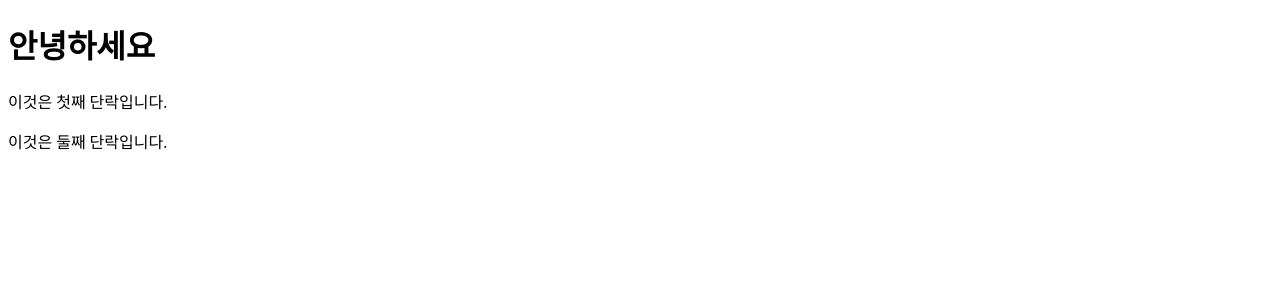
Repository: 5anniversary/JSPhw
Page: html1/WebContent/01/hello3.html
The author's editor kept a copy of each file at every save. The page is drawn from the files as they stood at one save, then again after the next save.
The browser window is 1280 px wide. The pictures show the whole page.

Above is the page before, as saved 2020-04-11 09:35:46.

### html1/WebContent/01/hello3.html
<!DOCTYPE html>
<html>
<head>
<meta http-equiv="Content-Type" content="text/html; charset=utf-8">
<title>hello</title>
</head>
<body>
	<h1>안녕하세요</h1>
	<p>이것은 첫째 단락입니다.</p>
	<p>이것은 둘째 단락입니다.</p>
</body>
</html>

After the next save:
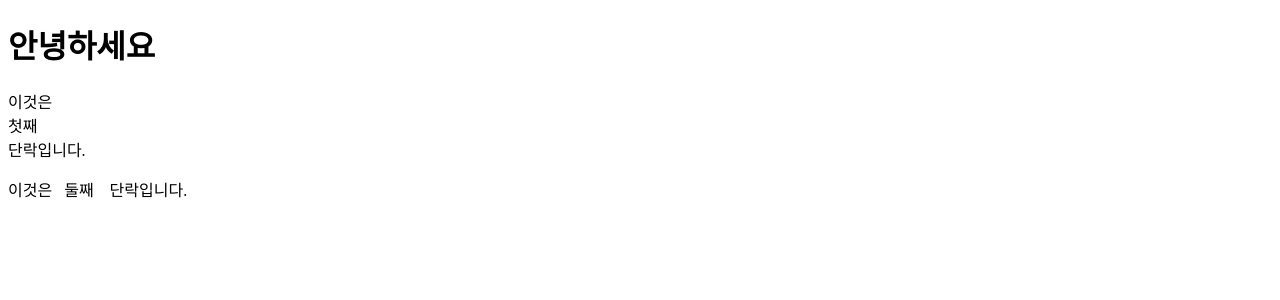
Saved 25 s later.
--- a/html1/WebContent/01/hello3.html
+++ b/html1/WebContent/01/hello3.html
@@ -6,7 +6,9 @@
 </head>
 <body>
 	<h1>안녕하세요</h1>
-	<p>이것은 첫째 단락입니다.</p>
-	<p>이것은 둘째 단락입니다.</p>
+	<p>
+		이것은<br />첫째<br />단락입니다.
+	</p>
+	<p>이것은&nbsp;&nbsp;&nbsp;둘째&nbsp;&nbsp;&nbsp;&nbsp;단락입니다.</p>
 </body>
 </html>
